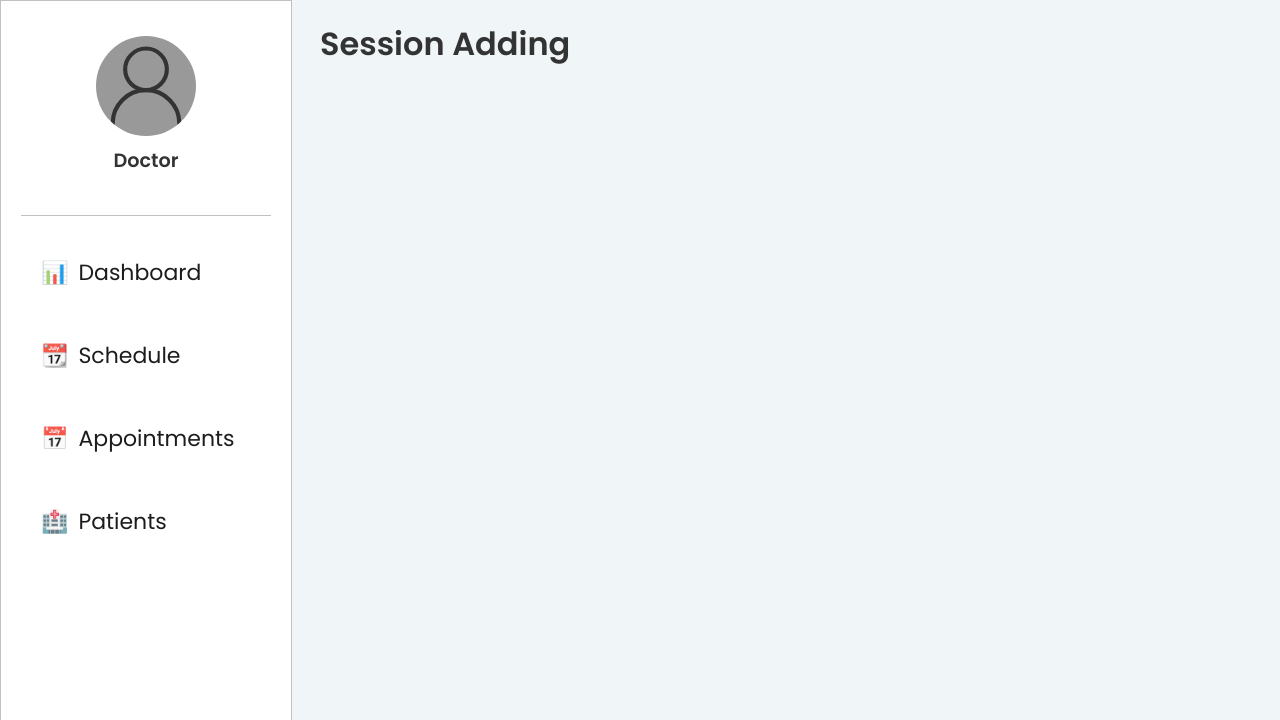
Repository: AriaFantom/Minor-Project
Page: http://localhost/Project/dashboard/doctor/schedule/create.jsp
These files come from the project's save history. The page is drawn as it stood at one moment and after the next save; the edit follows.
The browser window is 1280 px wide. The pictures show the whole page.
Some web fonts or font styles are not loaded; a fallback is used. The page is served by Tomcat 10.

Above is the page before, as saved 2024-12-12 20:04:54.

After the next save:
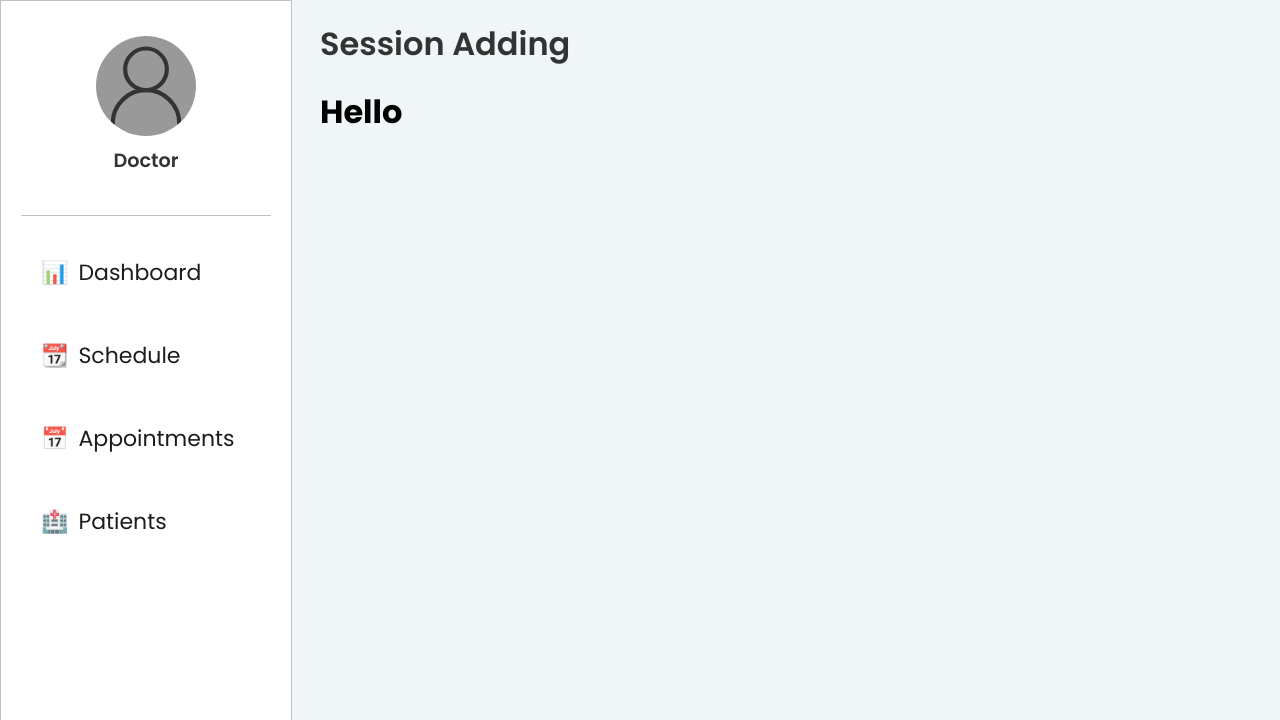
Saved 30 s later.
--- a/Project/src/main/webapp/dashboard/doctor/schedule/create.jsp
+++ b/Project/src/main/webapp/dashboard/doctor/schedule/create.jsp
@@ -51,7 +51,10 @@
         <h4 class="panel-heading">Session Adding</h4>
     </div>
 
+    <div>
 
+    <h1>Hello</h1>
+    </div>
 </main>
 </body>
 </html>
